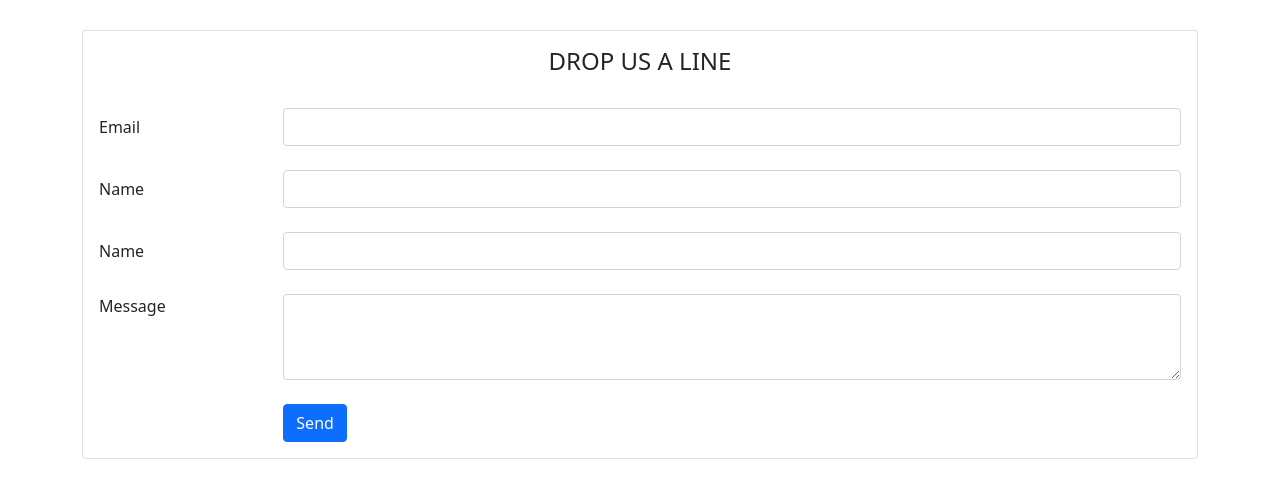
Repository: dhavalmaniyar/divakar
Page: divakar_app/templates/contact.html
The author's editor kept a copy of each file at every save. The page is drawn from the files as they stood at one save, then again after the next save.
The browser window is 1280 px wide. The pictures show the part of the page from y = 396 to 879 px (the page is 879 px tall).
The template is drawn by Django 3.2. The application's start-up code is not run. The template is opened directly, without the code that normally fills it, so the values that code supplies are empty.

Above is the page before, as saved 2021-12-08 15:09:36.

After the next save:
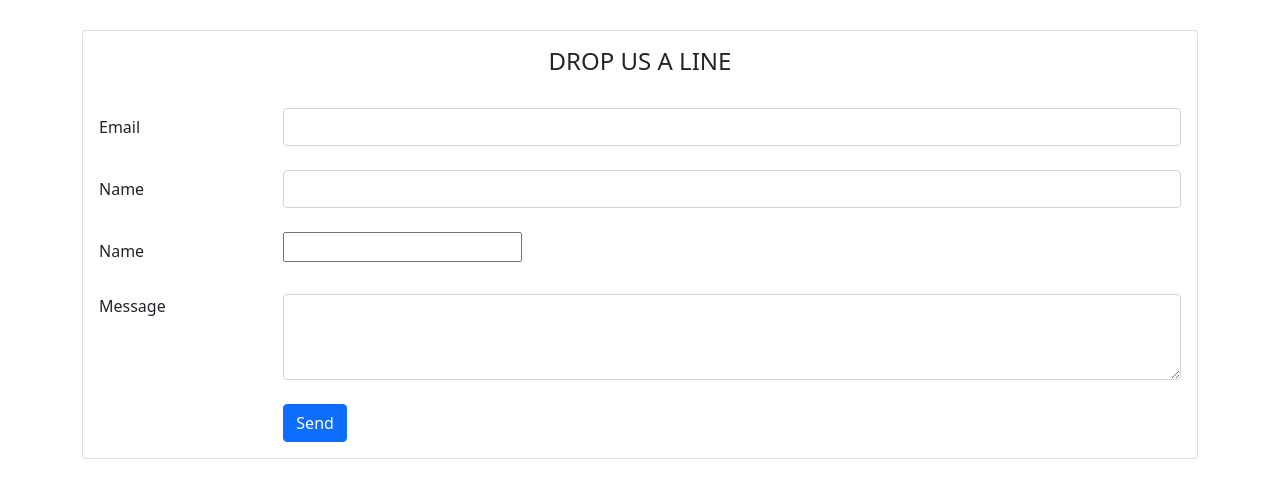
Saved 2 min 19 s later.
--- a/divakar_app/templates/contact.html
+++ b/divakar_app/templates/contact.html
@@ -63,9 +63,9 @@
                     </div>
                 </div><br>
                 <div class="form-group row text-left">
-                    <label for="inputName" class="col-md-2 col-form-label" >Name</label>
+                    <label for="inputPhone" class="col-md-2 col-form-label" >Name</label>
                     <div class="col-md-10">
-                        <input type="number" max='10' class="form-control" name="name" id="inputName" required>
+                        <input type="text"pattern="[1-9]{1}[0-9]{9} class="form-control" name="name" id="inputName" required>
                     </div>
                 </div><br>
 

After the 2 saves that followed:
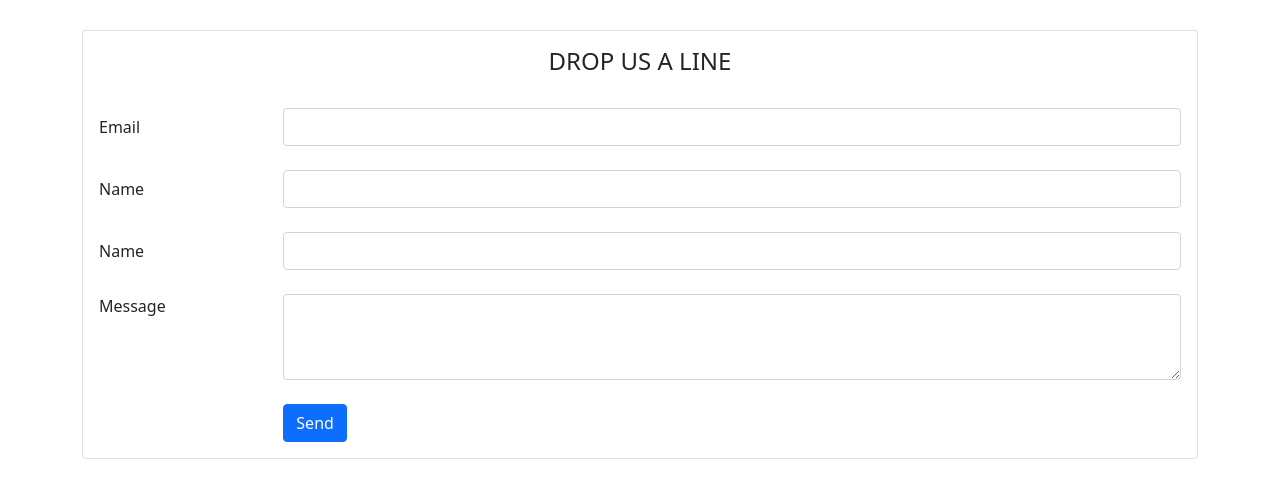
The 2 saves are shown as one change because they came seconds apart.
The last was saved 19 s later.
--- a/divakar_app/templates/contact.html
+++ b/divakar_app/templates/contact.html
@@ -65,7 +65,7 @@
                 <div class="form-group row text-left">
                     <label for="inputPhone" class="col-md-2 col-form-label" >Name</label>
                     <div class="col-md-10">
-                        <input type="text"pattern="[1-9]{1}[0-9]{9} class="form-control" name="name" id="inputName" required>
+                        <input type="text"pattern="[1-9]{1}[0-9]{9}" class="form-control" name="name" id="inputName" required>
                     </div>
                 </div><br>
 
